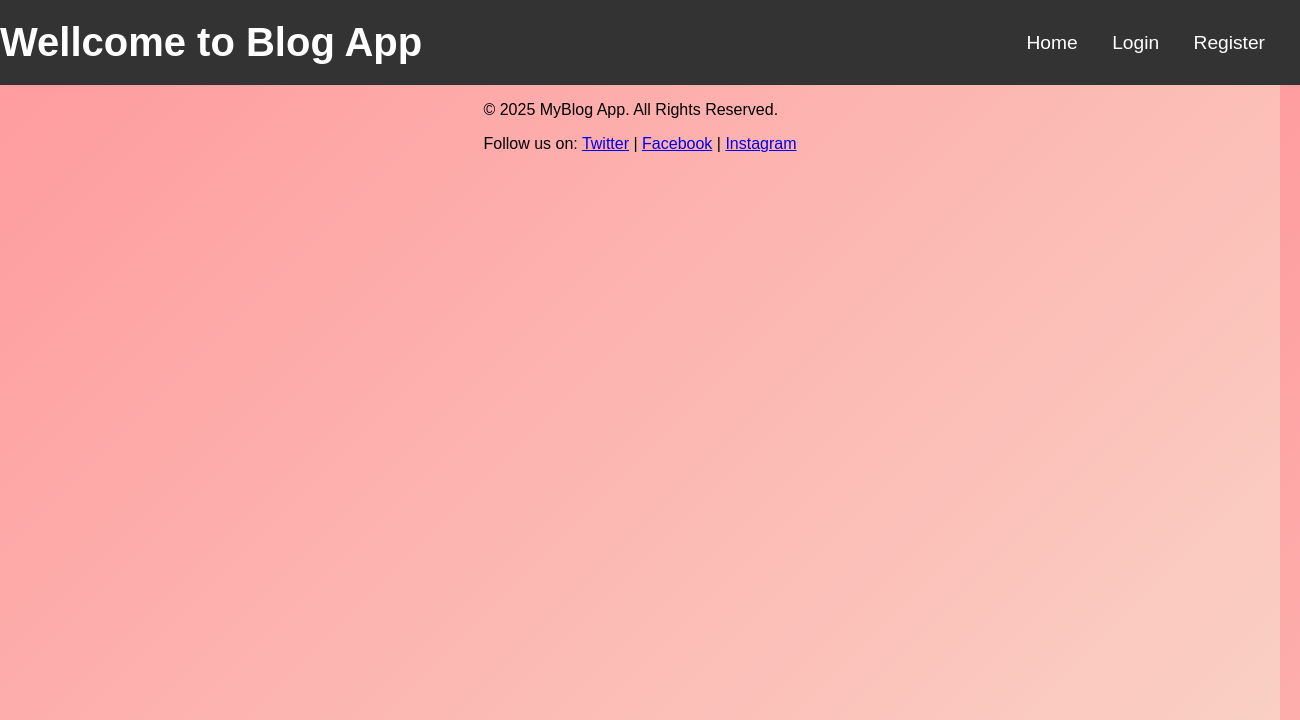
Repository: kapucuonur/blog_App
Page: posts/templates/posts/base.html
The author's editor kept a copy of each file at every save. The page is drawn from the files as they stood at one save, then again after the next save.
The browser window is 1280 px wide. The page is 1300 px wide, so the pictures cover 1300 px, including what lies to the right of the window. The pictures show the whole page.
The template is drawn by Django 4.2. The application's start-up code is not run. The template is opened directly, without the code that normally fills it, so the values that code supplies are empty.

Above is the page before, as saved 2025-01-28 13:30:59.

After the next save:
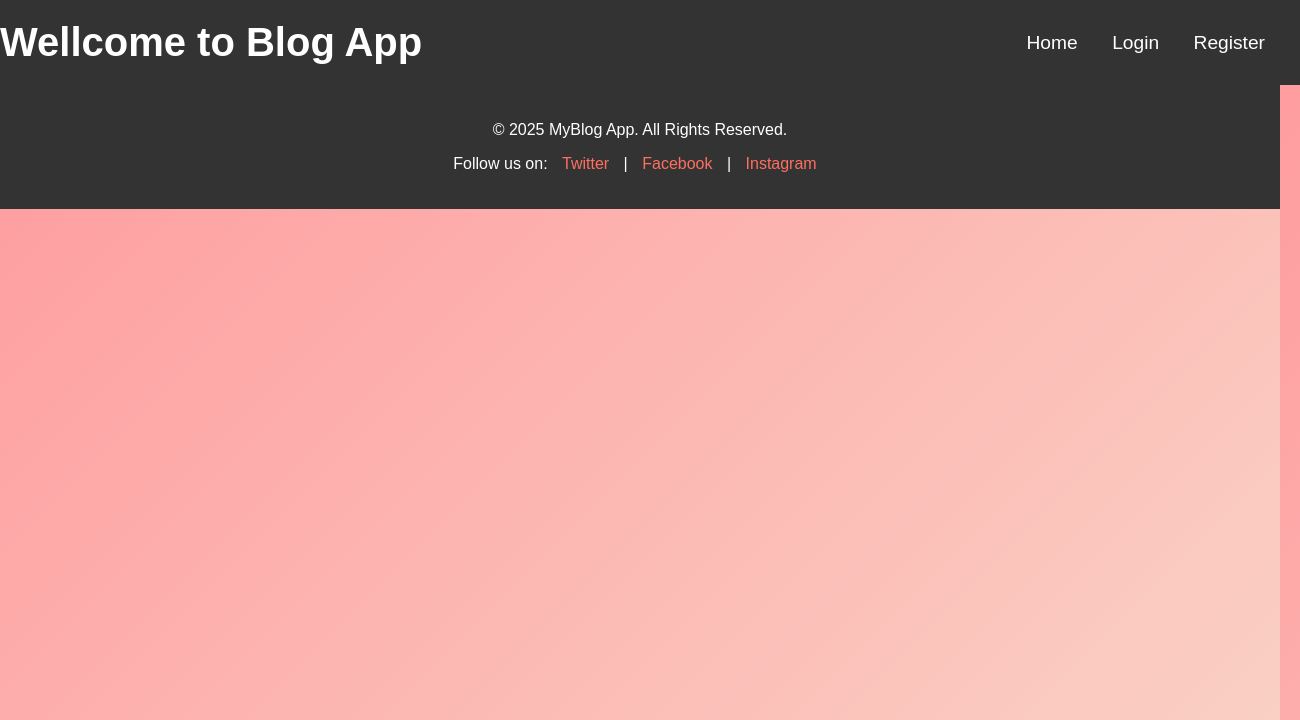
Saved 25 s later.
--- a/static/css/styles.css
+++ b/static/css/styles.css
@@ -195,3 +195,28 @@ form a:hover {
         opacity: 1;
     }
 }
+/* Footer styling */
+footer {
+    width: 100%;
+    background-color: #333;
+    color: white;
+    padding: 20px 0;
+    text-align: center;
+    font-size: 1rem;
+    position: relative;
+    bottom: 0;
+    left: 0;
+}
+
+/* Footer links styling */
+footer a {
+    color: #ff6f61;
+    text-decoration: none;
+    margin: 0 10px;
+    transition: color 0.3s ease;
+}
+
+/* Footer links hover effect */
+footer a:hover {
+    color: white;
+}
